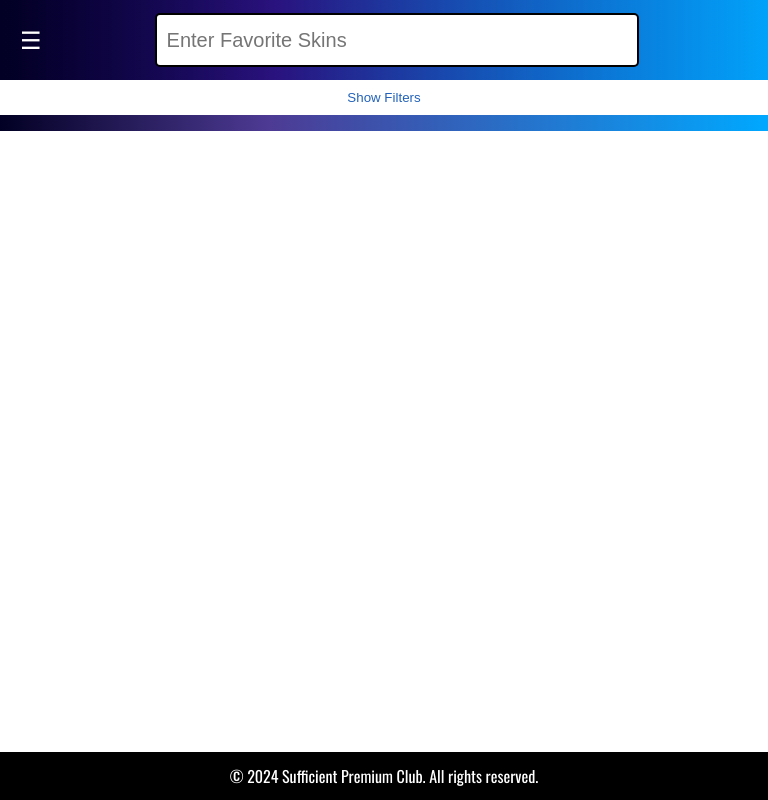
Repository: spcdomains/graph
Page: /Fetched
These files come from the project's save history. The page is drawn as it stood at one moment and after the next save; the edit follows.
The browser window is 768 px wide. The pictures show the whole page.
The page's requests for data from a server got no answer. Some web fonts or font styles are not loaded; a fallback is used. The project was rebuilt for these pictures with package versions that can differ from the ones it lists, and the page was loaded fresh each time. The framework's server and built-in components were replaced by stand-ins that run in the browser. No one was signed in, and anything a server would have sent is missing. Also part of the build but not shown: Components/Filterpop/index.module.scss.

Above is the page before, as saved 2024-08-16 15:57:43.

After the next save:
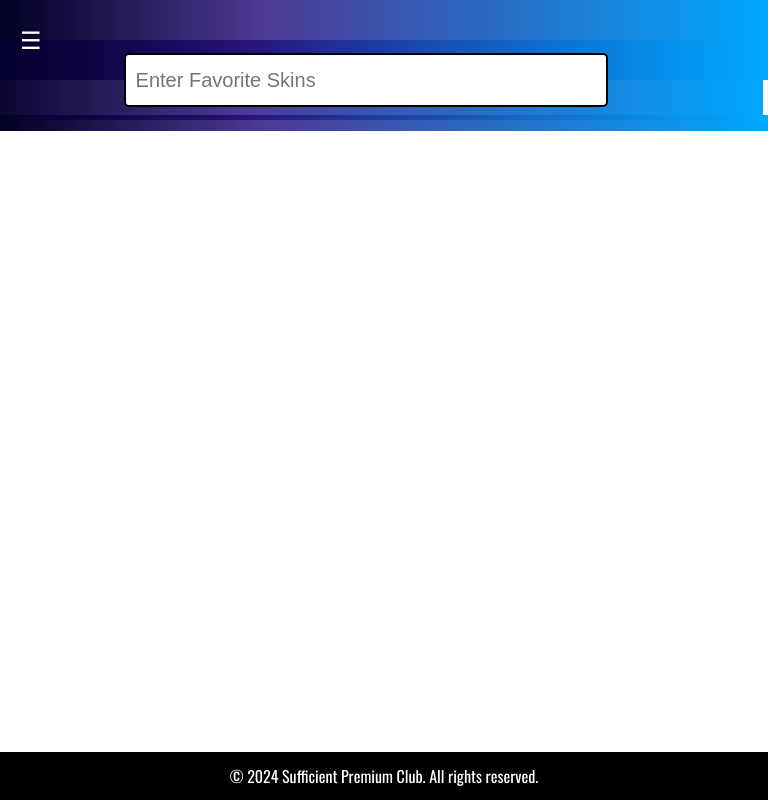
Saved 23 s later.
--- a/Components/Navbar/index.module.scss
+++ b/Components/Navbar/index.module.scss
@@ -1,8 +1,9 @@
-.navbar_cain{
+.navbar_cain {
   position: fixed;
   width: 100%;
   z-index: 10000;
 }
+
 .caintainer {
   display: flex;
   justify-content: end;
@@ -12,18 +13,14 @@
   background: linear-gradient(90deg, rgba(2,0,36,1) 0%, rgba(9,9,121,1) 46%, rgba(0,212,255,1) 100%);
   z-index: 40;
   gap: 30px;
-  // position: fixed; // Commented out for better control with JavaScript
 }
 
 .search_box {
   width: 100%;
-    position: absolute;
-    display: flex;
-    top: 20px;
-    left: 100px;
-  @media screen  and (max-width:768px){
-      left: 20px;
-  }
+  position: relative;
+  display: flex;
+  justify-content: center;
+  margin-top: 20px;
 }
 
 .input {
@@ -32,9 +29,48 @@
   height: 30px;
   border: 2px solid black;
   border-radius: 5px;
-  @media screen and (max-width:768px) {
+  @media screen and (max-width: 768px) {
     font-size: 20px;
+    width: 60%;
   }
+}
+
+.suggestions {
+  position: absolute;
+  top: 100%;
+  left: 0;
+  width: 100%;
+  max-height: 300px;
+  overflow-y: auto;
+  background-color: white;
+  border-radius: 5px;
+  box-shadow: 0 4px 8px rgba(0, 0, 0, 0.2);
+  z-index: 1000;
+}
+
+.suggestionItem {
+  display: flex;
+  align-items: center;
+  padding: 10px;
+  border-bottom: 1px solid #ddd;
+  cursor: pointer;
+  transition: background-color 0.3s;
+}
+
+.suggestionItem:hover {
+  background-color: #f0f0f0;
+}
+
+.suggestionImage {
+  width: 50px;
+  height: 50px;
+  border-radius: 50%;
+  margin-right: 10px;
+}
+
+.suggestionText {
+  font-size: 16px;
+  font-weight: bold;
 }
 
 .items {
@@ -70,7 +106,6 @@
   z-index: 50;
 }
 
-// Add this class to control body overflow when menu is open
 .no-scroll {
   overflow: hidden;
 }
@@ -113,20 +148,21 @@
     list-style-type: none;
     background: rgb(2,0,36);
     background: linear-gradient(90deg, rgba(2,0,36,1) 0%, rgba(9,9,121,1) 46%, rgba(0,212,255,1) 100%);
-    position: fixed; // Make sure the menu covers the viewport
-    left: 0; // Align the menu to the left
-    z-index: 40; // Ensure it's above other content
+    position: fixed;
+    left: 0;
+    z-index: 40;
     animation: come 0.5s ease-in-out 1 forwards;
   }
+
   @keyframes come {
-      0%{
-        width: 40%;
-        opacity: 0;
-      }
-      100%{
-        width: 100%;
-        opacity: 1;
-      }
+    0% {
+      width: 40%;
+      opacity: 0;
+    }
+    100% {
+      width: 100%;
+      opacity: 1;
+    }
   }
 
   .search_box {
@@ -136,21 +172,13 @@
     justify-content: center;
     top: 20px;
     right: 5px;
-    @media screen and (max-width:768px) {
-      width: 100%;
-      position: absolute;
-      display: flex;
-      justify-content: center;
-      top: 0px;
-      left: 0px;
-      padding: 13px;
-      background: linear-gradient(
-        90deg,
-        rgba(2, 0, 36, 1) 0%,
-        rgba(33, 9, 121, 0.8) 35%,
-        rgba(0, 168, 255, 1) 100%
-      );;
-    }
+    padding: 13px;
+    background: linear-gradient(
+      90deg,
+      rgba(2, 0, 36, 1) 0%,
+      rgba(33, 9, 121, 0.8) 35%,
+      rgba(0, 168, 255, 1) 100%
+    );
   }
 
   .input {
